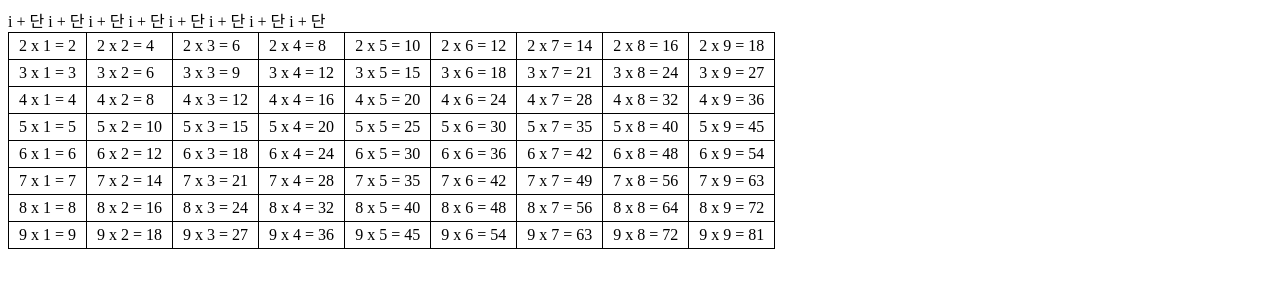
Repository: carnelli95/workspace_JSP
Page: http://localhost/MustHaveJSP/JSPMission/Gugudan2.jsp
An editor plug-in stored every save of this project. The page is shown before and after the next save, followed by the edit.
The browser window is 1280 px wide. The pictures show the whole page.
The page is served by Tomcat 9. Other server files are loaded and not shown.

Above is the page before, as saved 2025-09-26 07:48:37.

### MustHaveJSP/src/main/webapp/JSPMission/Gugudan2.jsp
<%@ page language="java" contentType="text/html; charset=UTF-8"
    pageEncoding="UTF-8"%>
<!DOCTYPE html>
<html>
 <style>
 table {
 border:1px solid;
 border-collapse: collapse;
 }
 td, tr {
 border:1px solid;
 padding: 4px 10px;
 }
 .title {
 text-align: center;
 background-color: lightgray;
 }
 </style>
<head>
<meta charset="UTF-8">
<title>Insert title here</title>
</head>
<body>
<table>
	<%
		for(int i = 2; i <= 9; i++) {
			out.println("<tr>i + 단");
			for(int j = 1; j <= 9; j++) {
				out.print("<td>" + i + " x " + j  + " = " + i * j + "</td>" + "\t");
			}
			out.println("</tr>");
		}
	%>
</table>
</body>
</html>

After the next save:
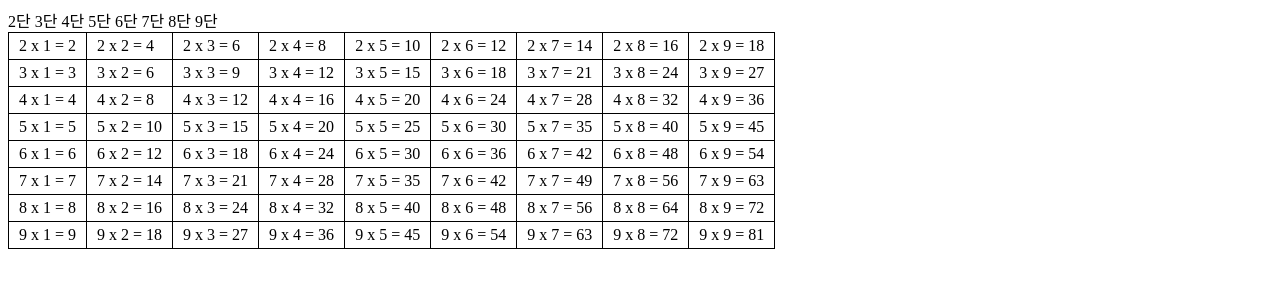
Saved 28 s later.
--- a/MustHaveJSP/src/main/webapp/JSPMission/Gugudan2.jsp
+++ b/MustHaveJSP/src/main/webapp/JSPMission/Gugudan2.jsp
@@ -24,7 +24,7 @@
 <table>
 	<%
 		for(int i = 2; i <= 9; i++) {
-			out.println("<tr>i + 단");
+			out.println("<tr>" + i + "단");
 			for(int j = 1; j <= 9; j++) {
 				out.print("<td>" + i + " x " + j  + " = " + i * j + "</td>" + "\t");
 			}
